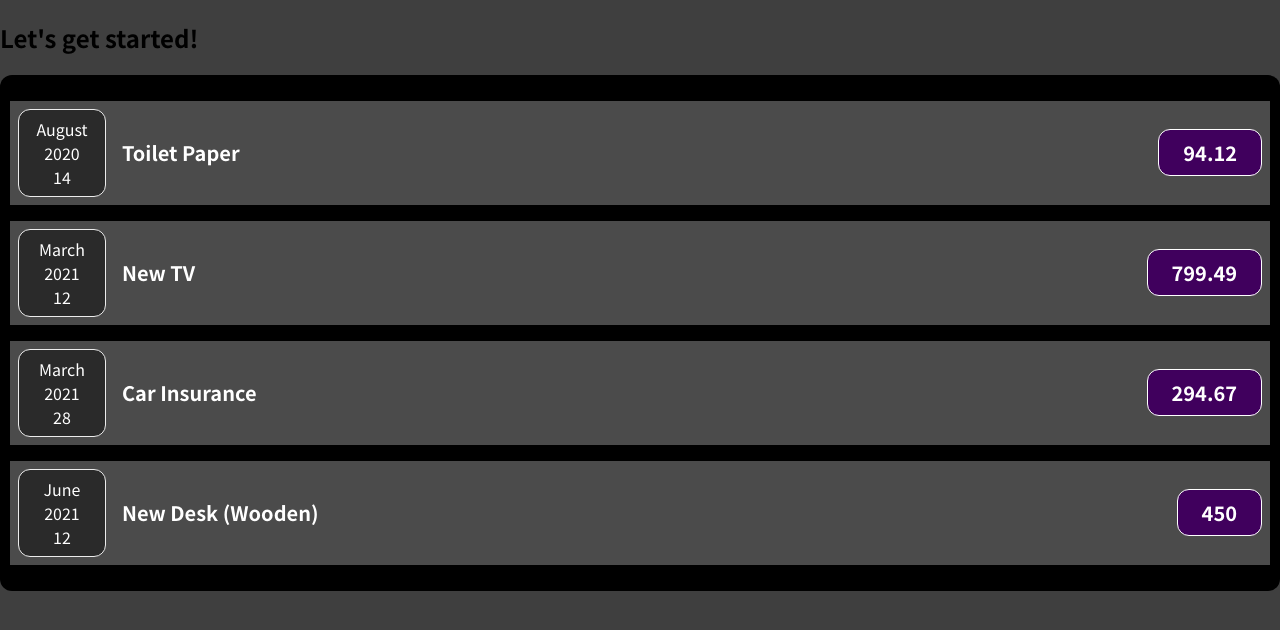
Repository: kowalkos/react-course-first
Page: /
An editor plug-in stored every save of this project. The page is shown before and after the next save, followed by the edit.
The browser window is 1280 px wide. The pictures show the whole page.
The project was rebuilt for these pictures with package versions that can differ from the ones it lists, and the page was loaded fresh each time.

Above is the page before, as saved 2021-11-27 18:03:27.

After the next save:
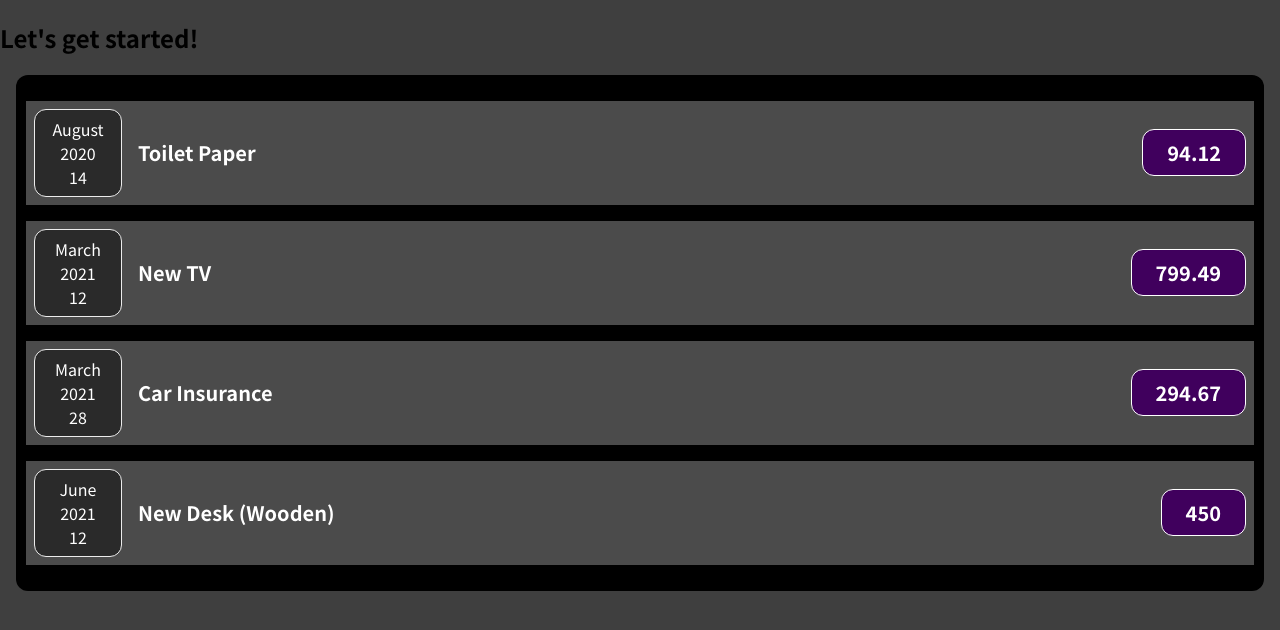
Saved 14 s later.
--- a/src/components/Expenses.css
+++ b/src/components/Expenses.css
@@ -2,5 +2,5 @@
     background-color: black;
     padding: 10px;
     border-radius: 12px;
-    margin: 1rem 0;
+    margin: 1rem 1rem;
 }
